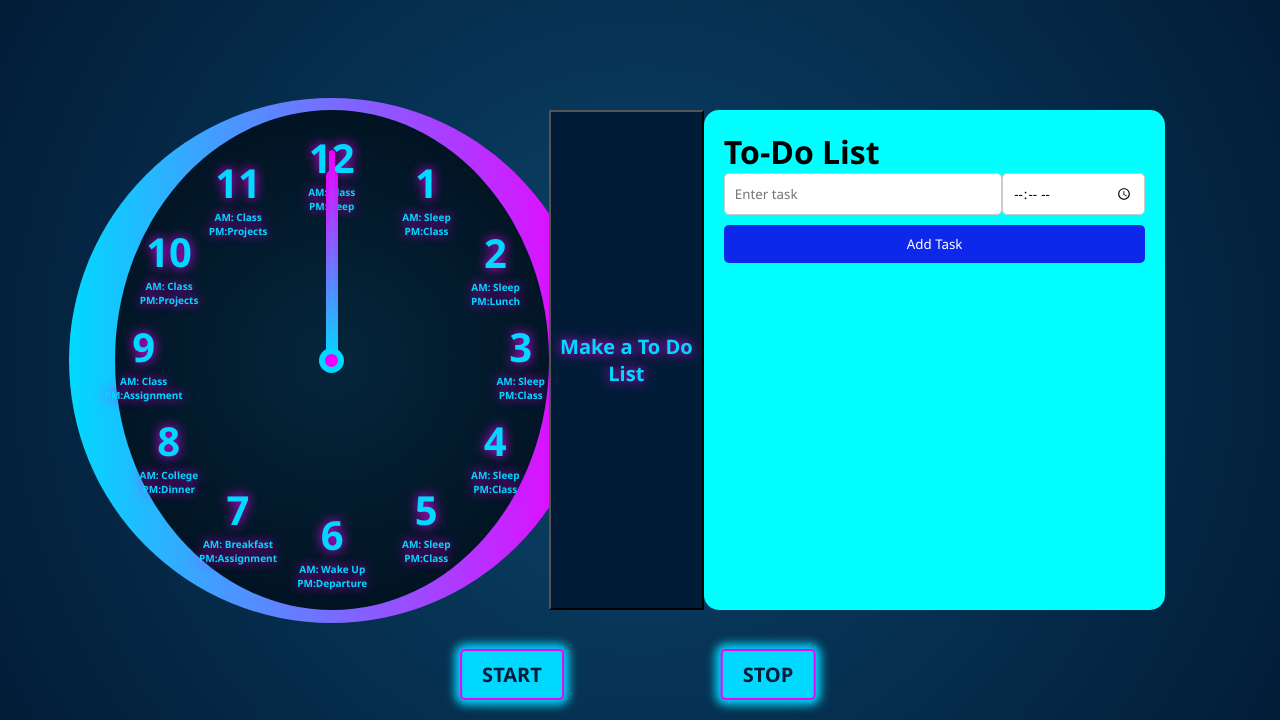
Repository: Suryansh-D/Cool-Clock
Page: index.html
These files come from the project's save history. The page is drawn as it stood at one moment and after a run of saves; the edit follows.
The browser window is 1280 px wide. The pictures show the whole page.

Above is the page before, as saved 2024-01-30 18:34:54.

### index.html
<!DOCTYPE html>
<html>
<head>
    <title>Schedule Clock</title>
    <link rel="stylesheet" href="style.css">
</head>
<body>
    <div class="All">
    <div class="clock">
        <div class="number" style="--n:1"><b>1 <p class="task">AM: Sleep<p class="task">PM:Class</p></p></b></div>
        <div class="number" style="--n:2"><b>2 <p class="task">AM: Sleep<p class="task">PM:Lunch</p></p></b></div>
        <div class="number" style="--n:3"><b>3 <p class="task">AM: Sleep<p class="task">PM:Class</p></p></b></div>
        <div class="number" style="--n:4"><b>4 <p class="task">AM: Sleep<p class="task">PM:Class</p></p></b></div>
        <div class="number" style="--n:5"><b>5 <p class="task">AM: Sleep<p class="task">PM:Class</p></p></b></div>
        <div class="number" style="--n:6"><b>6 <p class="task">AM: Wake Up<p class="task">PM:Departure</p></p></b></div>
        <div class="number" style="--n:7"><b>7 <p class="task">AM: Breakfast<p class="task">PM:Assignment</p></p></b></div>
        <div class="number" style="--n:8"><b>8 <p class="task">AM: College<p class="task">PM:Dinner</p></p></b></div>
        <div class="number" style="--n:9"><b>9 <p class="task">AM: Class<p class="task">PM:Assignment</p></p></b></div>
        <div class="number" style="--n:10"><b>10 <p class="task">AM: Class<p class="task">PM:Projects</p></p></b></div>
        <div class="number" style="--n:11"><b>11 <p class="task">AM: Class<p class="task">PM:Projects</p></p></b></div>
        <div class="number" style="--n:12"><b>12 <p class="task">AM: Class<p class="task">PM:Sleep</p></p></b></div>
        <div class="hour-hand" id="hour-hand"></div>
        <div class="minute-hand" id="minute-hand"></div>
        <div class="second-hand" id="second-hand"></div>
        <div class="center-dot"></div>
    </div>
    <button class="start-btn" id="start-btn"><b>START</b></button>
    <button class="stop-btn" id="stop-btn"><b>STOP</b></button>
    <button class="To-do" id="ToDobutton"><b>Make a To Do List</b></button>
    <div class="ToDoContainer" id="ToDoContainer">
        <h1>To-Do List</h1>
        <div class="entry">
        <input type="text" id="task-input" placeholder="Enter task" class="entertask">
        <input type="time" id="time-input" class="entertime"></div>
        <button onclick="addTask()" class="addtask">Add Task</button>
        <ul id="task-list">
        </ul>
        </div>
        </div>

      </div><script src="script.js"></script>
</body>
</html>

### style.css
*{
    margin: 0;
    padding: 0;
    box-sizing: border-box;
    font-family: 'Segoe UI', Tahoma, Geneva, Verdana, sans-serif;
}

body{
    display: flex;
    justify-content: center;
    align-items: center;
    height: 100vh;
    background: radial-gradient(circle,#0b456b, #021c37)
}
.clock{
    width: 500px;
    height: 500px;
    position: relative;
    background-color: lightgray;
    border-radius: 50%;
    display: flex;
    justify-content: center;
    align-items: center;
    background: radial-gradient(circle,#05263c , #000d1a);
}
.clock::before{
    content: "";
    position: absolute;
    width: 525px;
    height: 525px;
    border-radius: 50%;
    background:linear-gradient(to right, #00d9ff,#ee00ff);
    box-shadow: 0 0 0 15px 15px rgba(0,0,0,0.2);
    z-index: -1;

}
.number{
    transform: rotate(calc(30deg * var(--n)));
    position: absolute;
    text-align: center;
    inset: 20px;
    font-size: 40px;
    color:#00d9ff;
    text-shadow:0 0 12px #ee00ff;
}
.number b{
    transform: rotate(calc(-30deg * var(--n)));
    display: inline-block;
}

.center-dot{
    position: absolute;
    width: 25px;
    height: 25px;
    background-color: #ee00ff;
    border:6px solid #00d9ff;
    border-radius: 50%;
}

.hour-hand, .minute-hand, .second-hand{
    --rotate:0;
    position: absolute;
    left: 50%;
    bottom: 50%;
    transform: translate(-50%) rotate(calc(var(--rotate)*1deg));
    transform-origin: bottom;
    border-radius: 30px 30px 0 0;
}
.hour-hand{
   width:12px;
    height: 130px;
    background:linear-gradient(#00d9ff, #ee00ff );
}
.minute-hand{
    width:12px;
    height: 190px;
    background:linear-gradient(to top, #00d9ff, #ee00ff );
}
.second-hand{
    width: 6px;
    height: 210px;
    background:linear-gradient(to top, #00d9ff, #ee00ff );
}

.start-btn{
    position: absolute;
    bottom: 20px;
    left: 40%;
    transform: translateX(-50%);
    padding: 10px 20px;
    background-color: #00d9ff;
    border: 2px solid #ee00ff;
    border-radius: 5px;
    color: #021c37;
    font-size: 20px;
    font-weight: 500;
    cursor: pointer;
    transition: all 0.3s ease;
    box-shadow: 0 0 10px 5px #00d9ff;
}
.stop-btn{
    position: absolute;
    bottom: 20px;
    left: 60%;
    transform: translateX(-50%);
    padding: 10px 20px;
    background-color: #00d9ff;
    border: 2px solid #ee00ff;
    border-radius: 5px;
    color: #021c37;
    font-size: 20px;
    font-weight: 500;
    cursor: pointer;
    transition: all 0.3s ease;
    font-family:'Times New Roman', Times, serif;
    box-shadow: 0 0 10px 5px #00d9ff;
}
.task{
    font-size: 10px
}
.To-do{
    font-size: 20px;
    font-weight: 500;
    color: #00d9ff;
    text-shadow:0 0 12px #ee00ff;
    background-color: #021c37;

}

/* To do */

#task-list {
    list-style: none;
    padding: 0;
    margin: 0;
  }

  #task-list li {
    margin-bottom: 5px;
    padding: 10px;
    margin: 10px 0;
    background-color: #c742db;
    color: #fff;
    border-radius: 5px;
  }

  #task-list li button {
    float: right;
    background-color: transparent;
    border: none;
    cursor: pointer;
  }
  .ToDoContainer {
    width: 50%;
    max-width: 600px;
    margin: 0 auto;
    padding: 20px;
    background-color: aqua;
    border-radius: 15px;
  }
  .entertask{
    width: 100%;
    padding: 10px;
    border: 1px solid #ccc;
    border-radius: 5px;
    box-sizing: border-box;
    margin-bottom: 10px;
  }
  .entertime{
    width: 50%;
    padding: 10px;
    border: 1px solid #ccc;
    border-radius: 5px;
    box-sizing: border-box;
    margin-bottom: 10px;
  }
  .addtask{
    width: 100%;
    background-color: #0e28eb;
    color: #fff;
    padding: 10px;
    border: none;
    border-radius: 5px;
    cursor: pointer;
  }
  .entry{
    display: flex;
    justify-content: space-between;
  }
  .All{
    height: auto;
    width: auto;
    display: flex;
    justify-content: space-between;
  }

### script.js


const secondHand = document.getElementById('second-hand');
const minsHand = document.getElementById('minute-hand');
const hourHand = document.getElementById('hour-hand');
const startButton = document.getElementById('start-btn');
const stopButton = document.getElementById('stop-btn');
const ToDobutton = document.getElementById('ToDobutton');
const ToDoContainer = document.getElementById('ToDoContainer');


ToDobutton.addEventListener('click', () => {
    ToDoContainer.style.display = 'block';
});



startButton.addEventListener('mouseenter', () => {
    startButton.style.backgroundColor = 'lightgreen';
}
);
startButton.addEventListener('mouseleave', () => {
    startButton.style.backgroundColor = 'skyblue'

}
);
stopButton.addEventListener('mouseenter', () => {
    stopButton.style.backgroundColor = 'red';
}
);
stopButton.addEventListener('mouseleave', () => {
    stopButton.style.backgroundColor = 'skyblue';
}
);
startButton.addEventListener('click', () => {
    startButton.style.display = 'none';
    stopButton.style.display = 'inline-block';
    clockTick();
}
);

stopButton.addEventListener('click', () => {
    stopButton.style.display = 'none';
    startButton.style.display = 'inline-block';
}
);
function clockTick(){
    const date = new Date();
    const seconds = date.getSeconds()/60;
    const mins = (seconds + date.getMinutes())/60;
    const hours = (mins + date.getHours())/12;

    rotateClockHand(secondHand, seconds);
    rotateClockHand(minsHand, mins);
    rotateClockHand(hourHand, hours);
}

function rotateClockHand(element, rotation){
    element.style.setProperty('--rotate', rotation * 360);
}



let clockInterval;

function startClock() {
    clockInterval = setInterval(clockTick, 1000);
    console.log('start');
}

function stopClock() {
    clearInterval(clockInterval);
    console.log('stop');
}
startButton.addEventListener('click', startClock);
stopButton.addEventListener('click', stopClock);

// To Do

const taskInput = document.getElementById('task-input');
const timeInput = document.getElementById('time-input');
const taskList = document.getElementById('task-list');

function addTask() {
  const task = taskInput.value;
  const time = timeInput.value;

  if (task) {
    const listItem = document.createElement('li');
    listItem.textContent = task + ' - ' + time;
    const removeButton = document.createElement('button');
    removeButton.textContent = "Remove";
    removeButton.addEventListener('click', () => listItem.remove());
    listItem.appendChild(removeButton);
    taskList.appendChild(listItem);

    taskInput.value = '';
    timeInput.value = '';
  }
}

After the next 2 saves:
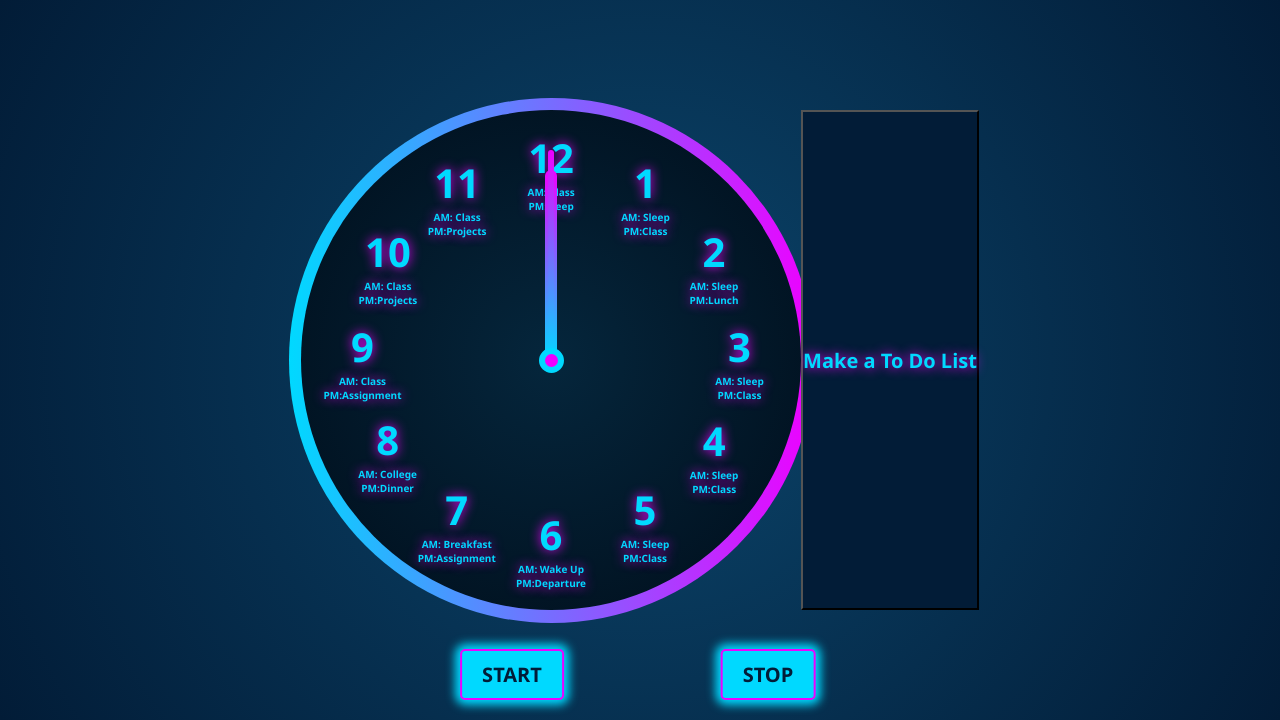
The 2 saves are shown as one change because they came seconds apart.
The last was saved 6 s later.
--- a/script.js
+++ b/script.js
@@ -8,7 +8,7 @@ const stopButton = document.getElementById('stop-btn');
 const ToDobutton = document.getElementById('ToDobutton');
 const ToDoContainer = document.getElementById('ToDoContainer');
 
-
+ToDoContainer.style.display = 'none';
 ToDobutton.addEventListener('click', () => {
     ToDoContainer.style.display = 'block';
 });
